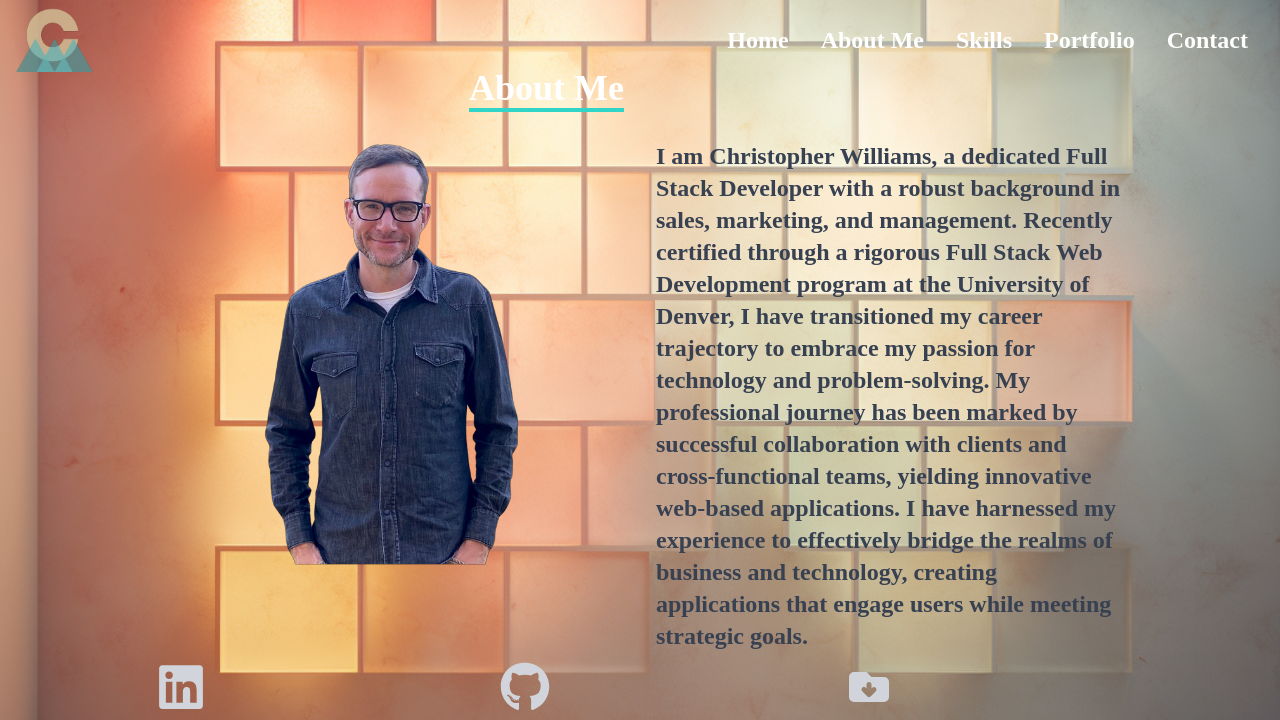
Repository: ChrisT303/portfolio-react
Page: /#/about
The author's editor kept a copy of each file at every save. The page is drawn from the files as they stood at one save, then again after the next save.
The browser window is 1280 px wide. The pictures show the whole page.
The project was rebuilt for these pictures with package versions that can differ from the ones it lists, and the page was loaded fresh each time. Also part of the build but not shown: src/components/Hero.js, src/data/LogoData.js, src/components/Experience.js, src/components/Modal.js, src/components/Contact.js, src/data/ProjectData.js, src/components/Work.js.

Above is the page before, as saved 2023-08-16 16:13:57.

After the next save:
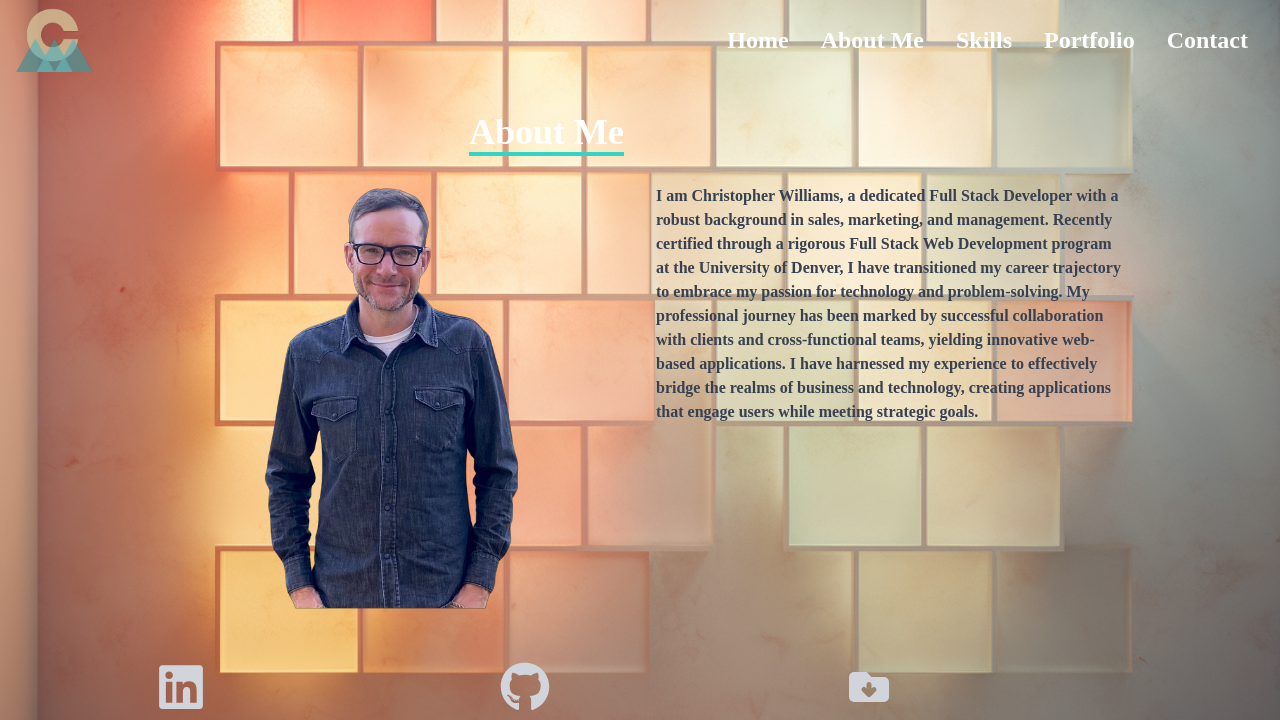
Saved 43 days later.
--- a/src/components/AboutMe.js
+++ b/src/components/AboutMe.js
@@ -11,7 +11,9 @@ function AboutMe() {
       <div className="flex flex-col justify-center items-center w-full h-full">
         <div className="max-w-[1000px] w-full grid grid-cols-2 gap-8">
           <div className="sm:text-right pb-8 pl-4">
-            <p className="text-4xl font-bold inline border-b-4 bdr text-white">About Me</p>
+            <p className="text-4xl font-bold inline border-b-4 bdr text-white">
+              About Me
+            </p>
           </div>
           <div></div>
         </div>
@@ -24,18 +26,17 @@ function AboutMe() {
             />
           </div>
           <div>
-            <p className="font-bold text-gray-700 text-2xl ">
+            <p className="font-bold text-gray-700 text-2xl sm:text-base">
               I am Christopher Williams, a dedicated Full Stack Developer with a
               robust background in sales, marketing, and management. Recently
               certified through a rigorous Full Stack Web Development program at
-              the University of Denver, I have transitioned my career
-              trajectory to embrace my passion for technology and
-              problem-solving. My professional journey has been marked by
-              successful collaboration with clients and cross-functional teams,
-              yielding innovative web-based applications. I have harnessed my
-              experience to effectively bridge the realms of business and
-              technology, creating applications that engage users while meeting
-              strategic goals.
+              the University of Denver, I have transitioned my career trajectory
+              to embrace my passion for technology and problem-solving. My
+              professional journey has been marked by successful collaboration
+              with clients and cross-functional teams, yielding innovative
+              web-based applications. I have harnessed my experience to
+              effectively bridge the realms of business and technology, creating
+              applications that engage users while meeting strategic goals.
             </p>
           </div>
         </div>
